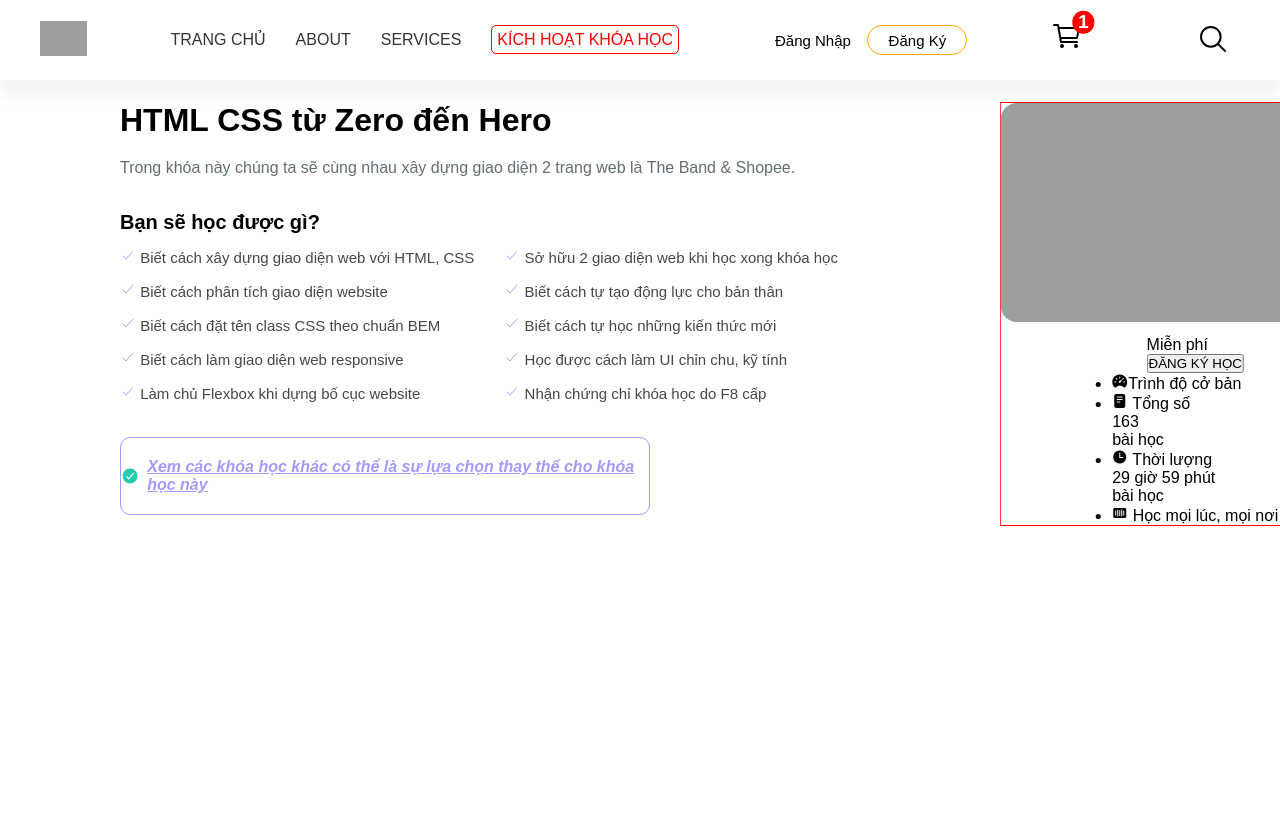
Repository: hoanghuuphuc/hoanghuuphuc
Page: details.html
The author's editor kept a copy of each file at every save. The page is drawn from the files as they stood at one save, then again after the next save.
The browser window is 1280 px wide. The pictures show the whole page.
Pictures or frames that could not be fetched are drawn as grey boxes.

Above is the page before, as saved 2022-12-11 22:20:30.
Console error: TypeError: Cannot read properties of null (reading 'addEventListener')

After the next save:
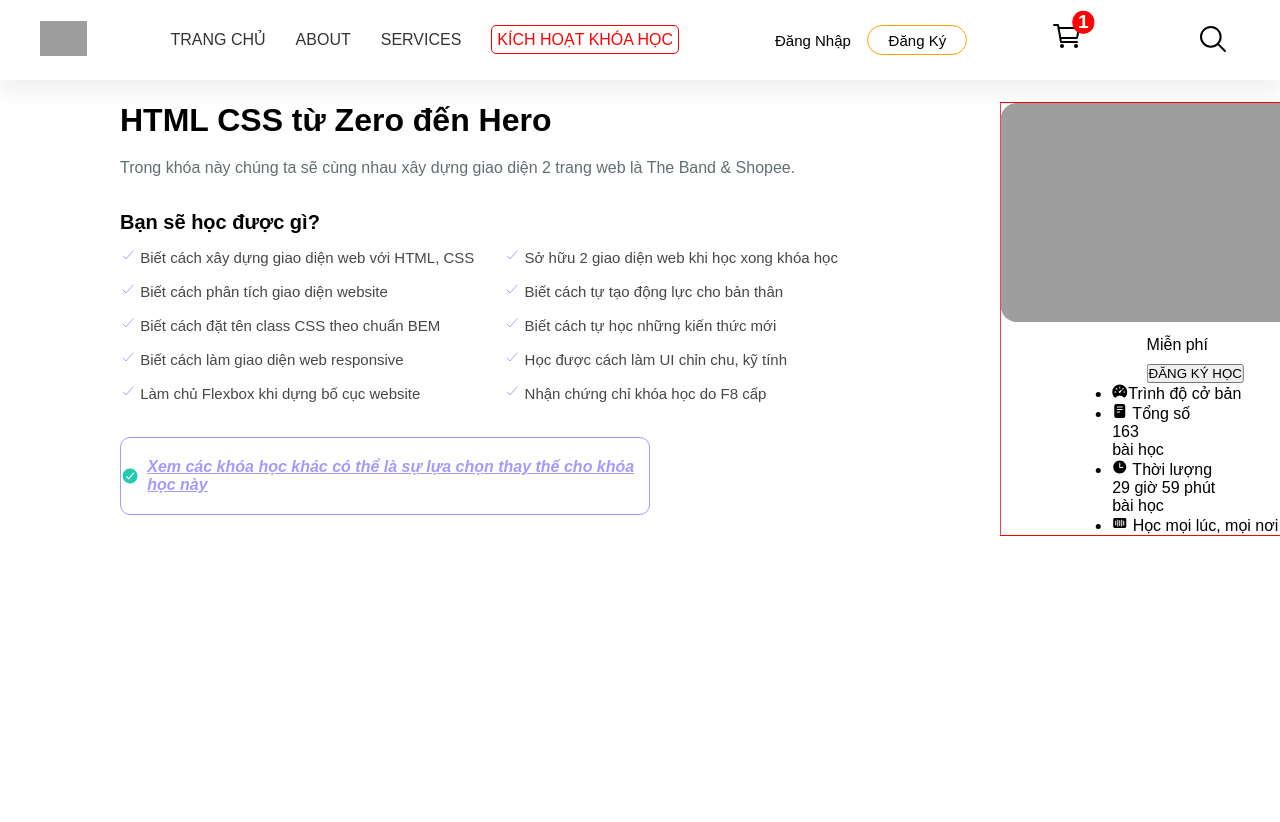
Saved 25 s later.
--- a/style.css
+++ b/style.css
@@ -760,5 +760,8 @@ footer {
   flex-direction: column;
   margin-top: 10px;
 }
+.details-right-content1 span {
+  margin-bottom: 10px;
+}
 .details-right-content2 {
 }
